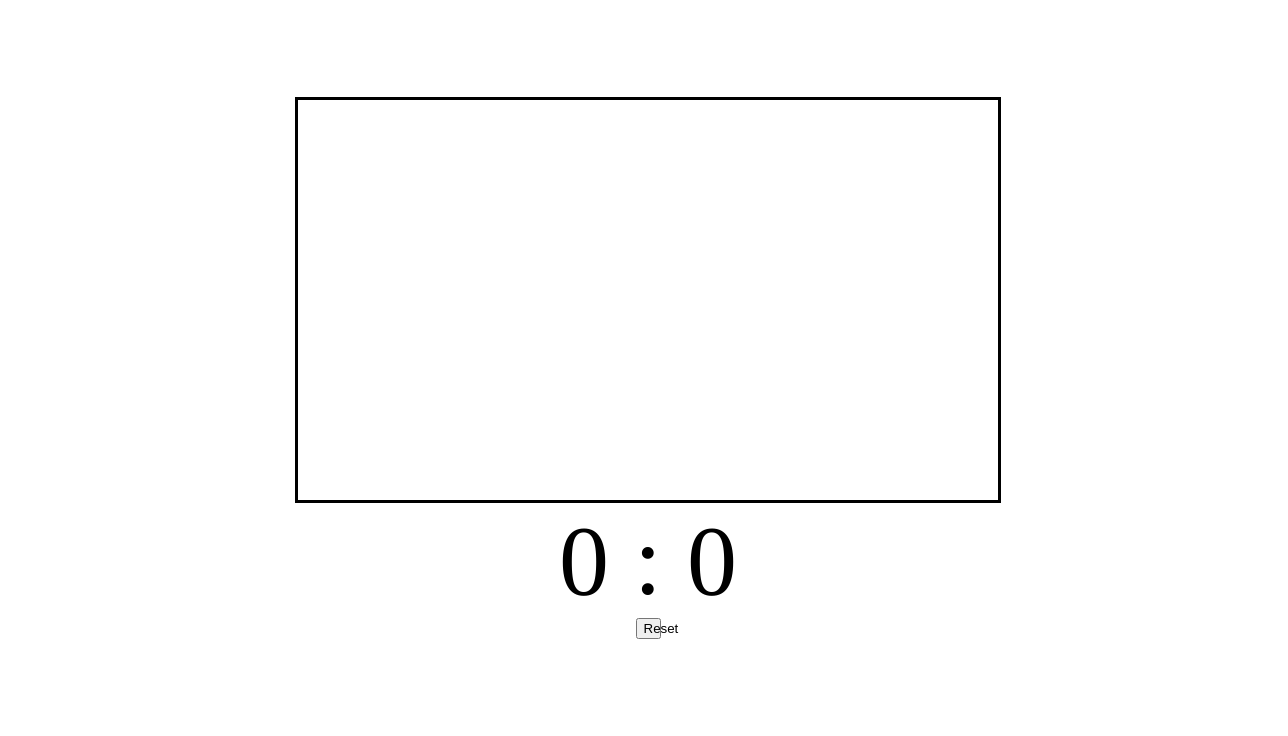
Repository: zacheys123/ping-pong
Page: index.html
An editor plug-in stored every save of this project. The page is shown before and after the next save, followed by the edit.
The browser window is 1280 px wide. The page is 1288 px wide, so the pictures cover 1288 px, including what lies to the right of the window. The pictures show the whole page.

Above is the page before, as saved 2023-06-30 22:59:12.

After the next save:
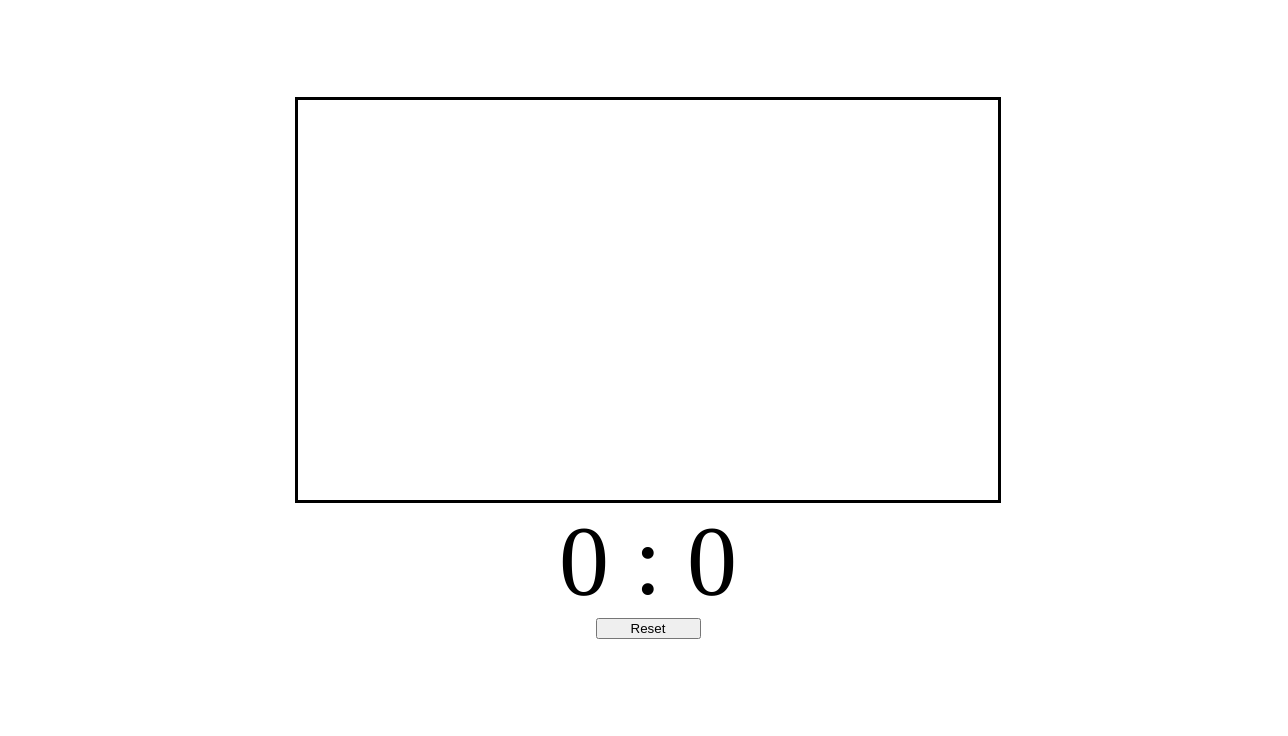
Saved 8 s later.
--- a/style.css
+++ b/style.css
@@ -21,5 +21,5 @@ body {
 #resetbutton {
 	font-family: 'monospace' cursive;
 
-	width: 25px;
+	width: 105px;
 }
